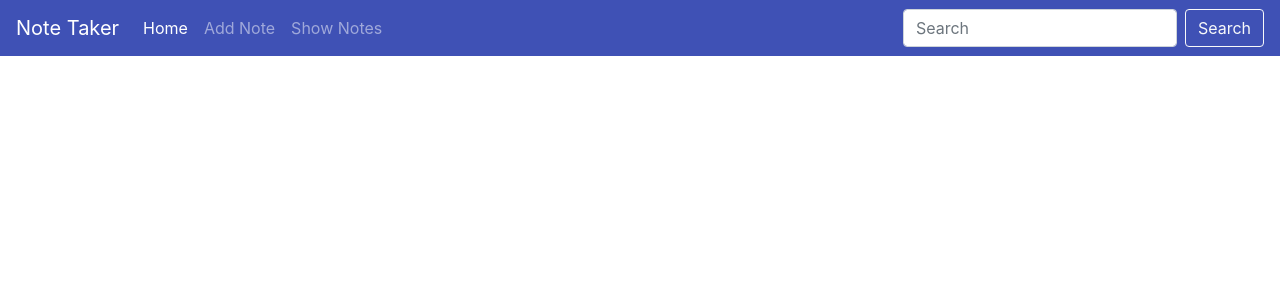
Repository: Sahil98-java/Notes_taker
Page: http://localhost/Notetker/all_notes.jsp
These files come from the project's save history. The page is drawn as it stood at one moment and after the next save; the edit follows.
The browser window is 1280 px wide. The pictures show the whole page.
Some web libraries are served in a nearby version. The page is served by Tomcat 9.

Above is the page before, as saved 2022-05-13 07:32:16.

After the next save:
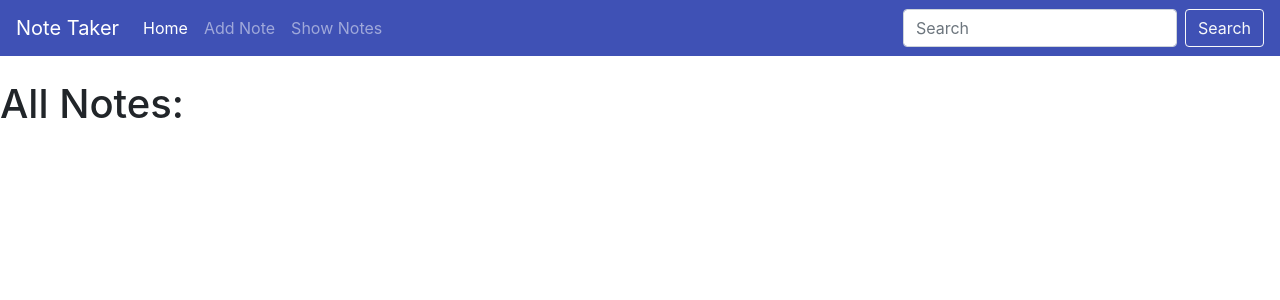
Saved 57 s later.
--- a/Notetker/src/main/webapp/all_notes.jsp
+++ b/Notetker/src/main/webapp/all_notes.jsp
@@ -9,7 +9,8 @@
 </head>
 <body>
 <div class="container-fluid p-0 m-0">
-    <%@include file="navbar.jsp" %>
+    <%@include file="navbar.jsp" %><br>
+    <h1>All Notes:</h1>
     </div>
 </body>
 </html>
